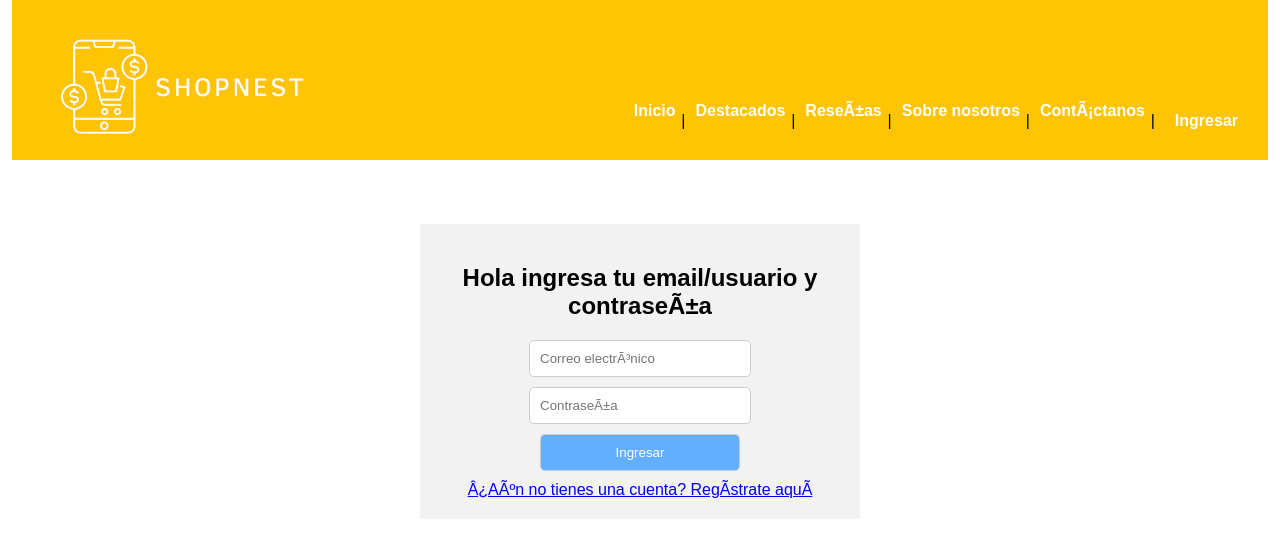
Repository: Regmalek07/ProyectoU
Page: inicio_sesion.html
The author's editor kept a copy of each file at every save. The page is drawn from the files as they stood at one save, then again after the next save.
The browser window is 1280 px wide. The pictures show the whole page.

Above is the page before, as saved 2024-04-29 14:19:42.
Console error: TypeError: Cannot read properties of null (reading 'style')

### inicio_sesion.html
<!DOCTYPE html>
<html>
    <head lang="es">
        <meta charset="UFT-8">
        <title>Inicio</title>
        <link rel="stylesheet" href="styles/styles.css">
    </head>
    <body>
        <header>
            <div class="logo">
                <a href="home.html">
                    <img src="images/Logo_1.png" alt="LogoShop">
                </a>
            </div>
            <nav>
                <ul>
                    <li><a href="home.html">Inicio</a><span>|</span></li>
                    <li><a href="destacado.html">Destacados</a><span>|</span></li>
                    <li><a href="resena.html">Reseñas</a><span>|</span></li>
                    <li><a href="sobre_nosotros.html">Sobre nosotros</a><span>|</span></li>
                    <li><a href="contacto.html">Contáctanos</a><span>|</span></li>
                    <li class="menu"> <!-- Cambia la clase a "menu" -->
                        <a>Ingresar</a>
                        <ul>
                            <li><a href="inicio_sesion.html">Iniciar Sesion</a></li>
                            <li><a href="registro.html">Regístrate</a></li>
                        </ul>
                    </li>
                </ul>
            </nav>
        </header>
        <section class="landing">
            <h1>Hola ingresa tu email/usuario y contraseña</h1>
            <form id="login-form">
                <input type="email" name="correo" placeholder="Correo electrónico" required>
                <input type="password" name="contrasena" placeholder="Contraseña" required>
                <button type="submit">Ingresar</button>
            </form>
            <a href="registro.html">¿Aún no tienes una cuenta? Regístrate aquí</a>
        </section>
        <script src="login.js"></script>
    </body>
</html>

### styles/styles.css
body {
    font-family: Arial, sans-serif;
    margin: 0;
    padding: 0;
    display: flex;
    flex-direction: column;
    align-items: center;
}

h1 {
    text-align: center;
}

p {
    text-align: center;
}
/* Estilos para el banner */

header {
    background-color: #ffc403;
    padding: 20px;
    display: flex;
    justify-content: space-between;
    align-items: center;
    max-height: 120px;
    width: 95%;
}

.logo img {
    width: 300px;
}

/* Estilos para la sección de landing */
.landing {
    background-color: #f2f2f2;
    margin: 5% 0;
    padding: 20px;
    text-align: center;
    max-width: 400px;
}

/* Estilos para los formularios */
input[type="email"],
input[type="password"],
button {
    margin: 10px auto;
    padding: 10px;
    width: 200px;
    display: block;
    border: 1px solid #ccc;
    border-radius: 5px;
}

button {
    background-color: #62aeff;
    color: #fff;
    cursor: pointer;
}

nav {
    margin-top: auto;

}

nav ul {
    list-style-type: none;
    margin: 0;
    padding: 0;
    display: flex;
    justify-content: center;
}

nav li {
    margin-right: 20px;
    position: relative;
}

nav li:last-child {
    margin-right: 0;
}

nav span {
    position: absolute;
    top: 50%;
    right: -10px;
    transform: translateY(-50%);
}

nav a {
    text-decoration: none;
    color: #fff;
    font-weight: bold;
}

nav a:hover {
    color: #105;
}

.menu {
    position: relative;
    padding: 10px; /* Añade un relleno para mejorar la apariencia */
    text-align: center;
}

.menu:hover {
    background-color: #fff; /* Cambia el fondo al pasar el ratón */
}

.menu ul {
    list-style-type: none;
    padding: 0;
    margin: 0;
    display: none; /* Oculta las opciones por defecto */
    position: absolute;
    top: 100%;
    left: 0;
    width: 100%;
}

.menu:hover ul {
    display: block; /* Muestra las opciones al pasar el ratón */
}

.menu ul li:first-child {
    border-top: none; /* Elimina el borde superior del primer elemento */
}

.menu ul li a {
    display: block;
    text-decoration: none;
    color: #ffc403; /* Cambia el color del texto a amarillo */
    padding: 10px; /* Añade un relleno para mejorar la apariencia */
}

.menu ul li a:hover {
    background-color: #fff; /* Cambia el fondo al pasar el ratón */
    color: #ffc403; /* Cambia el color del texto al pasar el ratón */
}

### login.js
document.addEventListener("DOMContentLoaded", function() {
    // Verificar el estado de autenticación al cargar la página
    var isAuthenticated = localStorage.getItem("authenticated");

    if (isAuthenticated) {
        // Si el usuario no está autenticado, redirigir al inicio de sesión
        window.location.href = "home.html";
    } else {
        // Si el usuario no está autenticado, ocultar el botón de cierre de sesión
        document.getElementById("logout-button").style.display = "none";
    }
});
document.getElementById("login-form").addEventListener("submit", function(event) {
    event.preventDefault(); // Evitar el envío del formulario por defecto

    var formData = new FormData(this); // Obtener los datos del formulario

    // Convertir los datos del formulario a un objeto JSON
    var jsonData = {};
    formData.forEach(function(value, key) {
        jsonData[key] = value;
    });

    // Enviar los datos de inicio de sesión al servidor
    fetch('http://localhost:3000/usuarios?correo=' + encodeURIComponent(jsonData.correo) + '&contrasena=' + encodeURIComponent(jsonData.contrasena))
    .then(response => response.json())
    .then(data => {
        if (data.length > 0) {
            // Usuario autenticado, guardar estado de autenticación
            localStorage.setItem("authenticated", "true");
            // Usuario autenticado, redirigir a la página de home
            window.location.href = 'home.html';
        } else {
            // Credenciales incorrectas, mostrar un mensaje de error
            alert('Usuario o contraseña incorrectos. Por favor, inténtelo de nuevo.');
        }
    })
    .catch((error) => {
        console.error('Error al iniciar sesión:', error);
    });
});

After the next save:
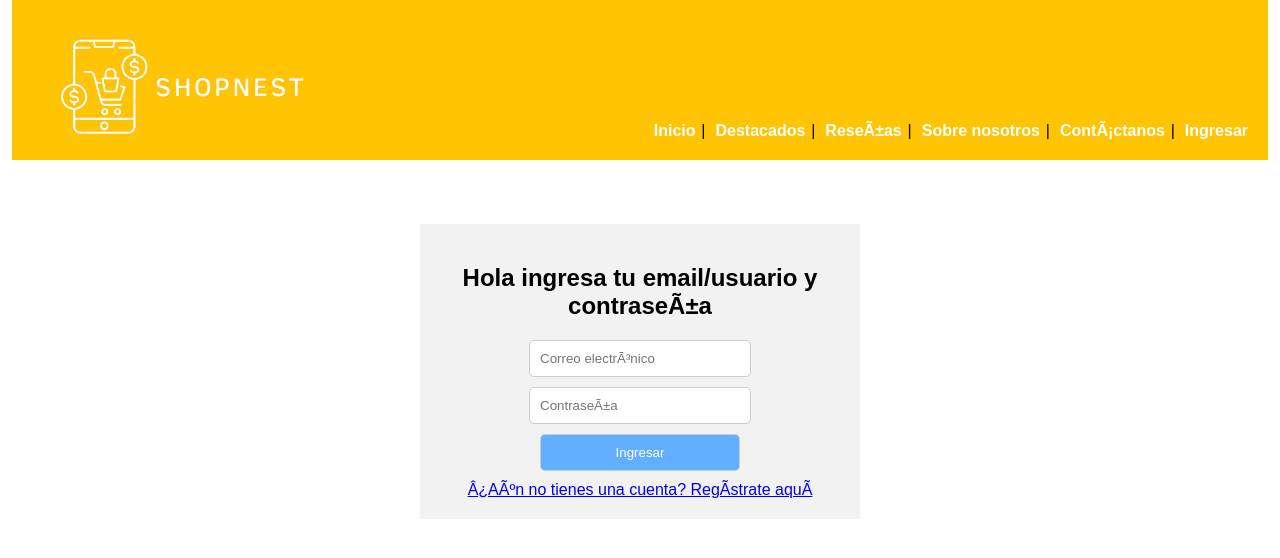
Saved 31 s later.
--- a/styles/styles.css
+++ b/styles/styles.css
@@ -98,7 +98,6 @@
 
 .menu {
     position: relative;
-    padding: 10px; /* Añade un relleno para mejorar la apariencia */
     text-align: center;
 }
 
